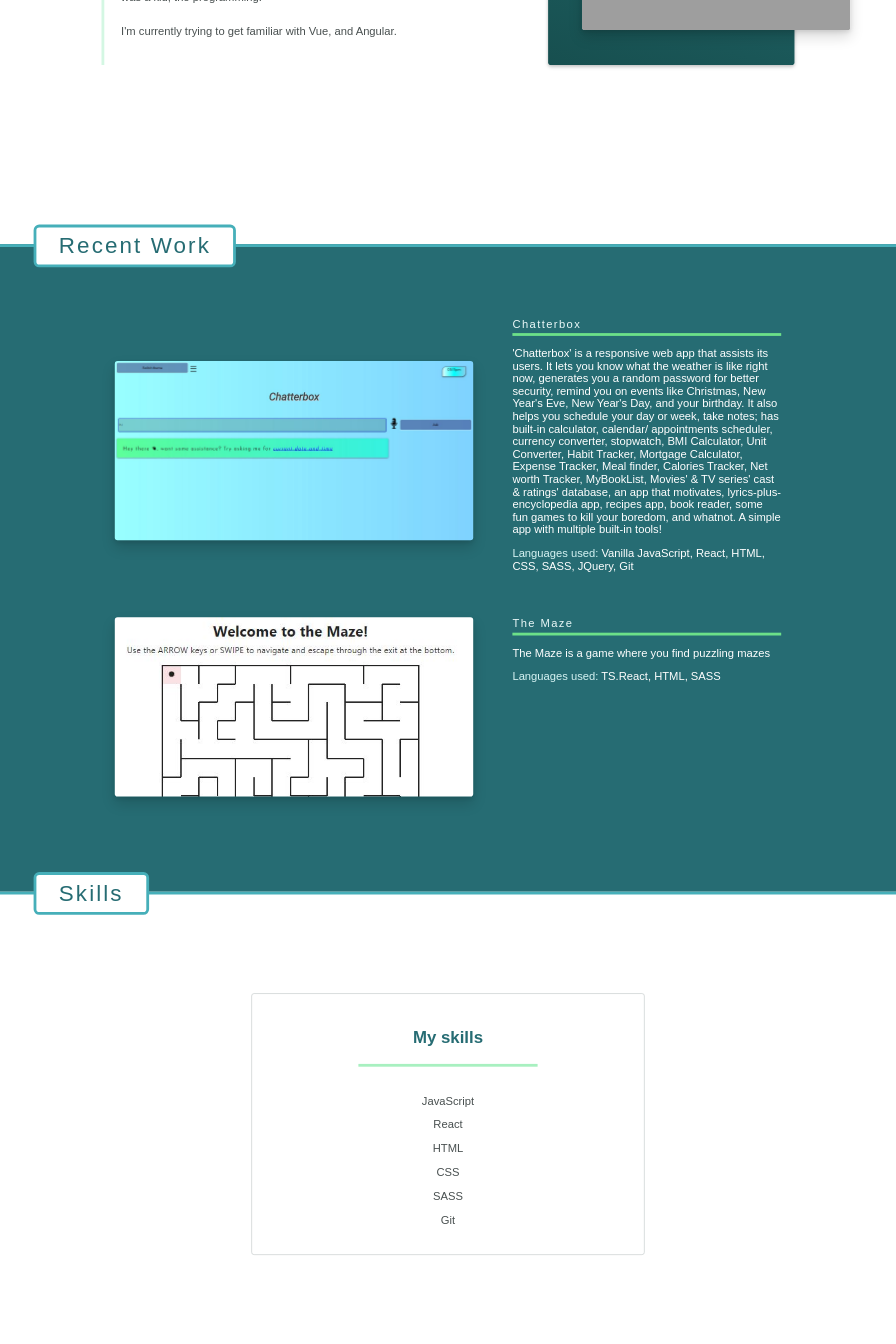
Repository: Abbaskhurram255/port
Page: /
These files come from the project's save history. The page is drawn as it stood at one moment and after the next save; the edit follows.
The browser window is 1280 px wide. The pictures show the part of the page from y = 517 to 2437 px (the page is 2782 px tall), at 70% of full size.
Pictures or frames that could not be fetched are drawn as grey boxes. The page's requests for data from a server got no answer. Some web fonts or font styles are not loaded; a fallback is used. Some web libraries are served in a nearby version. The project was rebuilt for these pictures with package versions that can differ from the ones it lists, and the page was loaded fresh each time. No one was signed in, and anything a server would have sent is missing.

Above is the page before, as saved 2020-12-03 23:10:24.

### public/index.html
<!DOCTYPE html>
<html lang="en">
  <head>
    <meta charset="utf-8" />
    <meta
      name="viewport"
      content="width=device-width, initial-scale=1, shrink-to-fit=no"
    />
    <meta name="theme-color" content="#000000" />
    <meta property="og:title" content="Alex Puth | Portfolio" />
    <meta
      property="og:description"
      content="A portfolio of web applications by Alex Puth"
    />
    <meta property="og:url" content="https://www.abbaskhurram255.github.io/" />
    <meta property="og:image" content="/images/portfolio-home.jpg" />
    <title>Alex Puth | Portfolio</title>
    <link
      href="https://fonts.googleapis.com/css?family=Muli:300,400,600,700"
      rel="stylesheet"
    />
    <link
      rel="stylesheet"
      href="https://use.fontawesome.com/releases/v5.4.2/css/all.css"
      integrity="sha384-/rXc/GQVaYpyDdyxK+ecHPVYJSN9bmVFBvjA/9eOB+pb3F2w2N6fc5qB9Ew5yIns"
      crossorigin="anonymous"
    />
  </head>

  <body>
    <noscript>You need to enable JavaScript to run this app.</noscript>
    <div id="root"></div>
  </body>
</html>

### src/index.tsx
import React from "react";
import ReactDOM from "react-dom";
import App from "./App";
import * as serviceWorker from "./serviceWorker";
import "./styles/styles.scss";

ReactDOM.render(<App />, document.getElementById("root"));

// If you want your app to work offline and load faster, you can change
// unregister() to register() below. Note this comes with some pitfalls.
// Learn more about service workers: http://bit.ly/CRA-PWA
serviceWorker.unregister();

### src/App.tsx
import * as React from "react";
import Contact from "./components/Contact";
import Home from "./components/Home";
import Navbar from "./components/Navbar";
import RecentWork from "./components/RecentWork";
import Skills from "./components/Skills";

class App extends React.Component {
  public render() {
    return (
      <div>
        <Navbar />
        <Home />
        <RecentWork />
        <Skills />
        <Contact />
      </div>
    );
  }
}

export default App;

### src/styles/styles.scss
@import "./base/settings";
@import "./base/base";
@import "./components/navbar";
@import "./components/home";
@import "./components/images";
@import "./components/recent-works";
@import "./components/projects";
@import "./components/project";
@import "./components/skills";
@import "./components/skill";
@import "./components/contact";
@import "./components/social";
@import "./components/section-title";

### src/components/Contact.tsx
import * as React from "react";
import utils from "../utils/constants";
import Social from "./Social";
import Title from "./Title";

const { GITHUB_URL, TWITTER_URL } = utils.social;
const { EMAIL } = utils.contact;

const Contact = () => {
  return (
    <div id="contact" className="contact">
      <Title title="Get in Touch" parentComponent="contact" />
      <div className="contact__social-links">
        <p className="contact__brackets">{"{"}</p>
        <Social socialIcon="fab fa-github" socialUrl={GITHUB_URL} />
        <Social socialIcon="fab fa-twitter" socialUrl={TWITTER_URL} />
        <Social socialIcon="fas fa-envelope" socialUrl={`mailto:${EMAIL}`} />
        <p className="contact__brackets">{"}"}</p>
      </div>
    </div>
  );
};

export default Contact;

### src/components/Home.tsx
import * as React from "react";
import Image from "./Image";
import Text from "./Text";
import Title from "./Title";

const Home = () => {
  return (
    <div className="home">
      <div className="home__text-container">
        <Title
          title="<Alex Puth (aka Khurram) />"
          parentComponent="home"
          subTitle="Front-End Developer"
        />
        <Text parentComponent="home" mobile="" />
      </div>
      <Image
        src="/images/headshot.jpg"
        alt="Headshot of Alex Puth"
        parentComponent="home"
      />
      <Text parentComponent="home" mobile="--mobile" />
    </div>
  );
};

export default Home;

### src/components/Navbar.tsx
import * as React from "react";

interface INavbarState {
  linkClass: string;
  isToggled: boolean;
}

class Navbar extends React.Component {
  public state = {
    isToggled: true,
    linkClass: "navbar__link"
  };

  public toggleNav = () => {
    const { isToggled } = this.state;
    this.setState({ isToggled: !isToggled });
    isToggled
      ? this.setState({ linkClass: "navbar__link--show" })
      : this.setState({ linkClass: "navbar__link" });
  };

  public render() {
    return (
      <div className="navbar">
        <a className="navbar__brand" href="#">
          <p className="navbar__brand-text">AP</p>
        </a>
        <i onClick={this.toggleNav} className="fas fa-bars navbar__hamburger" />
        <div className="navbar__link-box">
          <a className={this.state.linkClass} href="#">
            <p className="navbar__link-text">Home</p>
          </a>

          <a className={this.state.linkClass} href="#recent-works">
            <p className="navbar__link-text">Recent Work</p>
          </a>

          <a className={this.state.linkClass} href="#skills">
            <p className="navbar__link-text">Skills</p>
          </a>

          <a className={this.state.linkClass} href="#contact">
            <p className="navbar__link-text">Contact</p>
          </a>
        </div>
      </div>
    );
  }
}
export default Navbar;

### src/components/RecentWork.tsx
import * as React from "react";
import Projects from "./Projects";
import Title from "./Title";

const RecentWork = () => {
  return (
    <div id="recent-works" className="recent-works">
      <Title title="Recent Work" parentComponent="recent-works" />
      <Projects />
    </div>
  );
};

export default RecentWork;

### src/components/Skills.tsx
import * as React from "react";
import Skill from "./Skill";
import Title from "./Title";

const Skills = () => {
  const technicalSkills: string[] = [
    "JavaScript",
    "React",
    "HTML",
    "CSS",
    "SASS",
    "Git"
  ];

  return (
    <div id="skills" className="skills">
      <Title title={"Skills"} parentComponent="skills" />
      <div className="skills__set-box">
        <Skill title="My skills" skills={technicalSkills} />
      </div>
    </div>
  );
};

export default Skills;

### src/styles/base/_base.scss
html {
  font-size: 62.5%;
  scroll-behavior: smooth;
}

body {
  margin: 0;
  background-color: $white;
}

button {
  cursor: pointer;
}

button:disabled {
  cursor: default;
}

### src/styles/components/_home.scss
.home {
  display: flex;
  flex-direction: column;
  justify-content: space-around;
  margin: $size-10 auto $size-8 auto;
  max-width: 100rem;
  padding: 0 $size-4;
  @media (min-width: $breakpoint-1) {
    margin: $size-10 25% $size-9 25%;
  }
  @media (min-width: $breakpoint-2) {
    flex-direction: row;
    margin: $size-10 auto $size-12 auto;
  }
}

.home__title-box {
  align-items: center;
  display: flex;
  flex-direction: column;
  justify-content: center;
  margin-top: $size-3;
  @media (min-width: $breakpoint-2) {
    margin: 0;
    margin-left: -$size-9;
    align-items: flex-start;
  }
}

.home__title {
  color: $primary-7;
  font-family: $header;
  font-size: $size-6;
  font-weight: 700;
  letter-spacing: 0.3rem;
  line-height: 1;
  margin: 0;
  @media (min-width: $breakpoint-1) {
    font-size: $size-6;
  }
  @media (min-width: $breakpoint-2 - 13) {
    font-size: $size-7;
  }
  @media (min-width: $breakpoint-3) {
    font-size: 7.2rem;
  }
}

.home__subtitle {
  color: $gray-5;
  font-family: $header;
  font-size: $size-4;
  font-weight: 300;
  margin: $size-3 0;
  @media (min-width: $breakpoint-1) {
    font-size: 1.8rem;
  }
  @media (min-width: $breakpoint-2 - 13) {
    font-size: $size-5;
  }
  @media (min-width: $breakpoint-3) {
    font-size: $size-6;
  }
}

.home__text-container {
  display: flex;
  flex-direction: column;
  justify-content: flex-end;
}

.home__text-box {
  border-left: $size-1 solid $secondary-2;
  margin-top: $size-6;
  padding: $size-5 $size-4;
  width: $size-14;
  @media (max-width: $breakpoint-2 - 1) {
    display: none;
  }
}

.home__text-box--mobile {
  border-left: $size-1 solid $secondary-2;
  box-sizing: border-box;
  margin-top: $size-6;
  padding: $size-2;
  width: 100%;
  @media (min-width: $breakpoint-2) {
    display: none;
  }
}

.home__text {
  color: $gray-7;
  font-family: $text;
  font-size: $size-3;
  line-height: 2;
  margin: 0;
  padding: $size-2;
  @media (min-width: $breakpoint-2) {
    font-size: $size-4;
  }
}

.home__text-link {
  @extend .home__text;
  color: $primary-7;
  padding: 0;
  text-decoration: none;
}

.home__text-link:hover {
  color: $primary-5;
}

### src/styles/components/images.scss
.home-image-box {
  background: $gradient-1;
  border-radius: $radius-2;
  box-shadow: $shadow-2;
  padding: $size-3;
  @media (min-width: $breakpoint-2) {
    display: block;
    padding: $size-7;
  }
}

.home-image {
  border-radius: $radius-2;
  box-shadow: $shadow-3;
  margin: 0;
  width: 100%;
  @media (min-width: $breakpoint-2) {
    margin-right: -$size-10;
    height: $size-13;
    width: $size-13;
  }
}

### src/styles/components/_recent-works.scss
.recent-works {
  align-items: center;
  background: $primary-7;
  border-top: $size-1 solid $primary-5;
  display: flex;
  flex-direction: column;
  padding-bottom: $size-2;
  @media (min-width: $breakpoint-1) {
    padding-left: 22%;
    padding-right: 22%;
  }
  @media (min-width: $breakpoint-2) {
    padding: 0;
    padding-bottom: $size-8;
  }
}

.recent-works__title-box {
  background: $white;
  border: $size-1 solid $primary-5;
  border-radius: $size-2;
  display: flex;
  flex-direction: column;
  justify-content: center;
  margin-top: -$size-5;
  padding: $size-2;
  @media (min-width: $breakpoint-2) {
    align-self: flex-start;
    margin-left: $size-7;
    margin-top: -$size-6;
    padding: $size-2 $size-6;
  }
}

.recent-works__title {
  color: $primary-7;
  font-family: $header;
  font-size: $size-4;
  font-weight: 400;
  letter-spacing: 0.3rem;
  margin: 0;
  padding: 0;
  @media (min-width: $breakpoint-2) {
    font-size: $size-6;
  }
}

### src/styles/components/_projects.scss
.projects {
  display: flex;
  flex-direction: column;
  justify-content: space-between;
  margin: $size-4 $size-7;
  width: 100%;
  @media (min-width: $breakpoint-2) {
    margin: $size-7;
    width: 100rem;
  }
}

### src/styles/components/_skills.scss
.skills {
  align-items: center;
  border-top: $size-1 solid $primary-5;
  display: flex;
  flex-direction: column;
  padding-bottom: $size-8;
  @media (min-width: $breakpoint-1) {
    padding-left: 20%;
    padding-right: 20%;
  }
  @media (min-width: $breakpoint-2) {
    padding: 0;
    padding-bottom: $size-8;
  }
}

.skills__title-box {
  background: $white;
  border: $size-1 solid $primary-5;
  border-radius: $size-2;
  display: flex;
  flex-direction: column;
  justify-content: center;
  margin-top: -$size-5;
  padding: $size-2;
  @media (min-width: $breakpoint-2) {
    align-self: flex-start;
    margin-left: $size-7;
    margin-top: -$size-6;
    padding: $size-2 $size-6;
  }
}

.skills__title {
  color: $primary-7;
  font-family: $header;
  font-size: $size-4;
  font-weight: 400;
  letter-spacing: 0.3rem;
  margin: 0;
  padding: 0;
  @media (min-width: $breakpoint-2) {
    font-size: $size-6;
  }
}

.skills__set-box {
  display: flex;
  flex-direction: column;
  justify-content: space-around;
  margin: 0;
  width: 100%;
  @media (min-width: $breakpoint-2) {
    flex-direction: row;
    margin: $size-9 $size-7;
    width: 100rem;
  }
}

### src/styles/components/_skill.scss
.skill {
  align-items: center;
  border: 1px solid $gray-3;
  border-radius: $radius-2;
  display: flex;
  flex-direction: column;
  margin: $size-4 auto;
  padding: $size-5;
  width: 80%;
  @media (min-width: $breakpoint-2) {
    margin: $size-4;
    padding: $size-5;
    width: $size-14;
  }
}

.skill__title-box {
  border-bottom: $size-1 solid $secondary-3;
  display: flex;
  justify-content: center;
  padding: 0;
  width: 100%;
  @media (min-width: $breakpoint-2) {
    width: $size-12;
  }
}

.skill__title {
  color: $primary-7;
  font-family: $text;
  font-size: $size-4;
  @media (min-width: $breakpoint-2) {
    font-size: $size-5;
  }
}

.skill__box {
  padding-top: $size-5;
  width: 100%;
}

.skill__name {
  color: $gray-7;
  font-family: $text;
  font-size: $size-4;
  text-align: center;
}

### src/styles/components/_contact.scss
.contact {
  align-items: center;
  border-top: $size-1 solid $primary-5;
  display: flex;
  flex-direction: column;
  background: #266c73;
}

.contact__title-box {
  background: $white;
  border: $size-1 solid $primary-5;
  border-radius: $size-2;
  display: flex;
  flex-direction: column;
  justify-content: center;
  margin-top: -$size-5;
  padding: $size-2 $size-6;
  @media (min-width: $breakpoint-2) {
    align-self: flex-start;
    margin-left: $size-7;
    margin-top: -$size-6;
  }
}

.contact__title {
  color: $primary-7;
  font-family: $header;
  font-size: $size-4;
  font-weight: 400;
  letter-spacing: 0.3rem;
  margin: 0;
  padding: 0;
  @media (min-width: $breakpoint-2) {
    font-size: $size-6;
  }
}

.contact__social-links {
  display: flex;
  margin: $size-8 0 $size-9 0;
}

.contact__brackets {
  color: $secondary-3;
  font-family: $text;
  font-size: $size-8;
  font-weight: 300;
  line-height: 0.5;
  margin: 0 $size-4;
  padding: 0;
  @media (min-width: $breakpoint-2) {
    display: block;
    font-size: $size-10;
  }
}

### src/styles/components/_social.scss
.social {
  color: $primary-5;
  font-size: $size-5;
  margin: $size-3;
  outline: none;
  transition-property: color, transform;
  transition-duration: 0.1s;
  transition-timing-function: ease;
  @media (min-width: $breakpoint-2) {
    font-size: $size-7;
    margin: $size-5;
  }
}

.social:hover,
.social:focus {
  color: $primary-6;
  transform: scale(1.2);
}

### src/styles/components/_section-title.scss
.section-title__box {
  align-self: flex-start;
  background: $white;
  border: $size-1 solid $primary-8;
  border-radius: $size-2;
  display: flex;
  flex-direction: column;
  justify-content: center;
  margin: -$size-6 0 0 $size-7;
  padding: $size-2 $size-6;
}

.section-title {
  color: $primary-7;
  font-family: $header;
  font-size: $size-6;
  font-weight: 400;
  letter-spacing: 0.3rem;
  margin: 0;
  padding: 0;
}

### src/utils/constants.ts
export default {
  contact: {
    EMAIL: process.env.REACT_APP_EMAIL || "abbaskhuram255@gmail.com"
  },
  social: {
    GITHUB_URL:
      process.env.REACT_APP_GITHUB_URL || "https://github.com/abbaskhurram255",
    TWITTER_URL:
      process.env.REACT_APP_TWITTER_URL || "https://twitter.com/alexputh255",
  }
};

### src/components/Social.tsx
import * as React from "react";

interface ISocialProps {
  socialIcon: string;
  socialUrl: string;
}

const Social = (props: ISocialProps) => {
  const { socialIcon, socialUrl } = props;
  return (
    <a
      href={socialUrl}
      rel="noopener noreferrer"
      className="social"
      target="_blank"
    >
      <i className={socialIcon} />
    </a>
  );
};

export default Social;

### src/components/Title.tsx
import * as React from "react";

interface ITitleProps {
  title: string;
  parentComponent: string;
  subTitle?: string;
}

const Title = (props: ITitleProps) => {
  const { title, subTitle, parentComponent: component } = props;
  return (
    <div className={`${component}__title-box`}>
      <h1 className={`${component}__title`}>{title}</h1>
      {subTitle && <h2 className={`${component}__subtitle`}>{subTitle}</h2>}
    </div>
  );
};

export default Title;

### src/components/Image.tsx
import * as React from "react";

interface IImageProps {
  src: string;
  alt: string;
  parentComponent: string;
}

const Image = (props: IImageProps) => {
  const { src, alt, parentComponent: component } = props;
  return (
    <div className={`${component}-image-box`}>
      <img src={`/Portfolio${src}`} alt={alt} className={`${component}-image`} />
    </div>
  );
};

export default Image;

### src/components/Text.tsx
import * as React from "react";

interface ITextProps {
  parentComponent: string;
  mobile: string;
}

const Text = (props: ITextProps) => {
  const { parentComponent: component, mobile } = props;
  return (
    <div className={`${component}__text-box${mobile}`}>
      <p className={`${component}__text`}>
        Hi, my name is Alex, and I'm a frontend developer. I love using
        functional programming concepts in JavaScript and building web
        applications with it. I'm a coding enthusiast. I've been creating web
        applications since I was 13 - I'm 19 now. It's been my hobby
        since I was a kid, the programming. {" "}
      </p>
      <p className={`${component}__text`}>I'm currently
        trying to get familiar with Vue, and Angular.</p>
    </div>
  );
};

export default Text;

### src/components/Projects.tsx
import * as React from "react";
import { projects } from "../utils/data";
import Project from "./Project";

const Projects = () => (
  <div className="projects">
    {projects.map(project => (
      <Project
        project={project.name}
        projectDescription={project.description}
        projectSourceCode={project.sourceCode}
        projectTools={project.tools}
        projectUrl={project.url}
        image={project.image}
        key={project.name}
      />
    ))}
  </div>
);

export default Projects;

### src/components/Skill.tsx
import * as React from "react";

interface ISkillProps {
  skills: string[];
  title: string;
}

const DeveloperSkills = (props: ISkillProps) => {
  const { skills, title } = props;
  return (
    <div className="skill">
      <div className="skill__title-box">
        <h3 className="skill__title">{title}</h3>
      </div>
      <div className="skill__box">
        {skills.map((skill: string) => (
          <p className="skill__name" key={skill}>
            {skill}
          </p>
        ))}
      </div>
    </div>
  );
};

export default DeveloperSkills;

### src/utils/data.ts

interface IProject {
  description: string;
  image: string;
  name: string;
  sourceCode: string;
  tools: string;
  url: string;
}

export const projects: IProject[] = [
  {
    description:
      "'Chatterbox' is a responsive web app that assists its users. It lets you know what the weather is like right now, generates you a random password for better security, remind you on events like Christmas, New Year's Eve, New Year's Day, and your birthday. It also helps you schedule your day or week, take notes; has built-in calculator, calendar/ appointments scheduler, currency converter, stopwatch, BMI Calculator, Unit Converter, Habit Tracker, Mortgage Calculator, Expense Tracker, Meal finder, Calories Tracker, Net worth Tracker, MyBookList, Movies' & TV series' cast & ratings' database, an app that motivates, lyrics-plus-encyclopedia app, recipes app, book reader, some fun games to kill your boredom, and whatnot. A simple app with multiple built-in tools!",
    image: "meal to list",
    name: "Chatterbox",
    sourceCode: "https://github.com/Abbaskhurram255/Chatterbox/",
    tools: "Vanilla JavaScript, React, HTML, CSS, SASS, JQuery, Git",
    url: "https://abbaskhurram255.github.io/Chatterbox/getting-started"
  },
  {
    description:
      "The Maze is a game where you find puzzling mazes",
    image: "maze",
    name: "The Maze",
    sourceCode: "https://github.com/Abbaskhurram255/maze/",
    tools: "TS.React, HTML, SASS",
    url: "https://alexs-maze-game.netlify.app"
  }
];

### src/components/Project.tsx
import * as React from "react";

interface IProjectProps {
  image: string;
  project: string;
  projectDescription: string;
  projectTools: string;
  projectSourceCode: string;
  projectUrl: string;
}

const Project = (props: IProjectProps) => {
  const {
    image,
    project,
    projectDescription,
    projectSourceCode,
    projectTools,
    projectUrl
  } = props;
  return (
    <div className="project">
      <div className={`project__image-box project__image-box--${image}`}>
        <div className="project__link-box">
          {projectUrl && (
            <a
              className="project__link"
              href={projectUrl}
              rel="noopener noreferrer"
              target="_blank"
            >
              View Site
            </a>
          )}
          <a
            className="project__link"
            href={projectSourceCode}
            rel="noopener noreferrer"
            target="_blank"
          >
            View Source Code
          </a>
          <a
            className="project__link"
            href="https://github.com/Abbaskhurram255/maze/raw/main/public/android/the-maze.apk"
            rel="noopener noreferrer"
            target="_blank"
          >
            Play on Android
          </a>
        </div>
      </div>
      <div className="project__info-box">
        <h3 className="project__name">{project}</h3>
        <p className="project__description">{projectDescription}</p>
        <p className="project__description">
          <span className="project__tools-label">Languages used:</span>{" "}
          {projectTools}
        </p>
      </div>
      <div className="project__link-box--mobile">
        {projectUrl && (
          <a
            className="project__link--mobile"
            href={projectUrl}
            rel="noopener noreferrer"
            target="_blank"
          >
            View Site
          </a>
        )}
        <a
          className="project__link--mobile"
          href={projectSourceCode}
          rel="noopener noreferrer"
          target="_blank"
        >
          View Source Code
        </a>
      </div>
    </div>
  );
};

export default Project;

Loaded but not shown: src/serviceWorker.ts (common file); src/styles/components/_project.scss (148 lines, source omitted); src/styles/base/_settings.scss (89 lines, source omitted); src/styles/components/_navbar.scss (137 lines, source omitted)

After the next save:
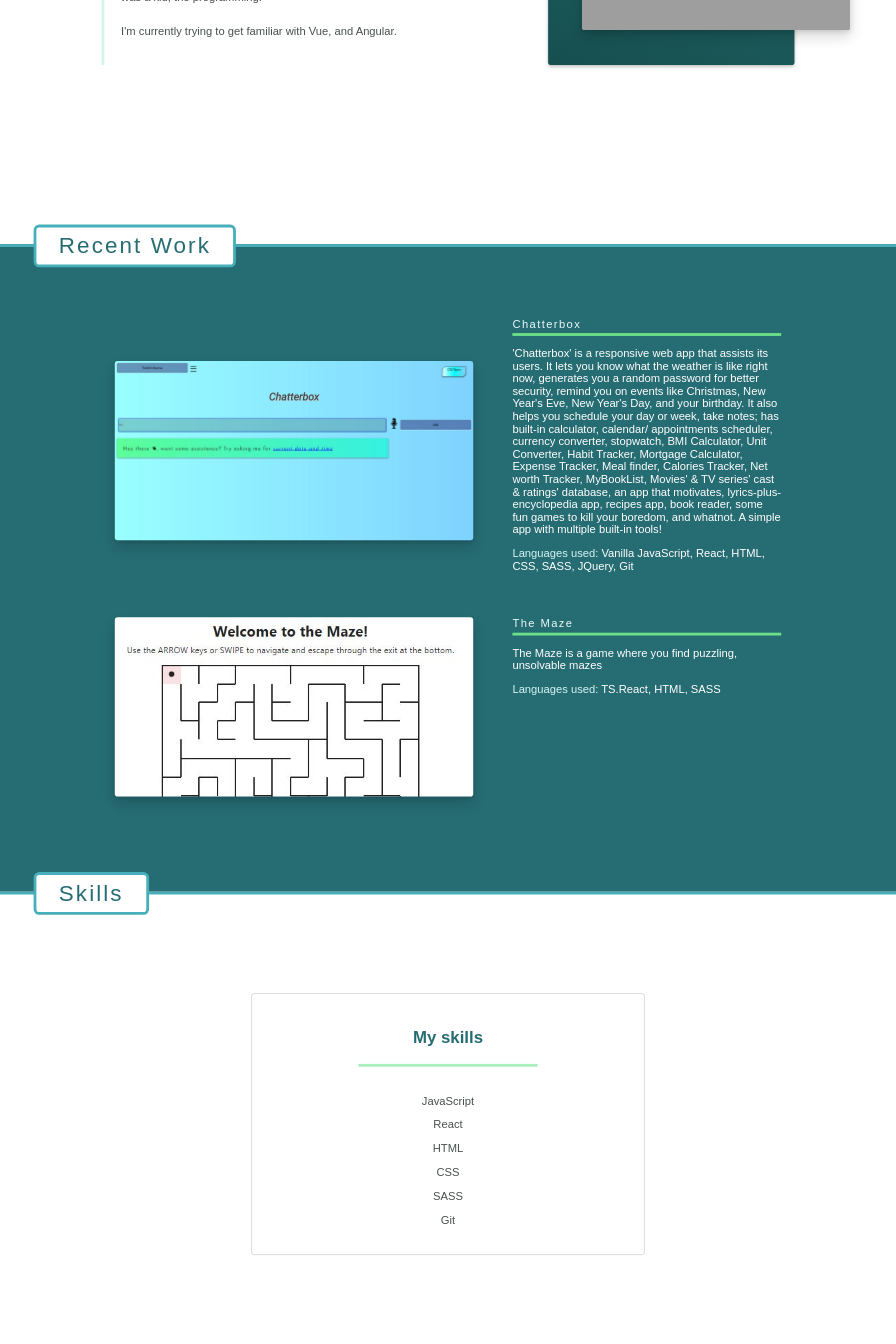
Saved 19 s later.
--- a/src/utils/data.ts
+++ b/src/utils/data.ts
@@ -20,7 +20,7 @@
   },
   {
     description:
-      "The Maze is a game where you find puzzling mazes",
+      "The Maze is a game where you find puzzling, unsolvable mazes",
     image: "maze",
     name: "The Maze",
     sourceCode: "https://github.com/Abbaskhurram255/maze/",
